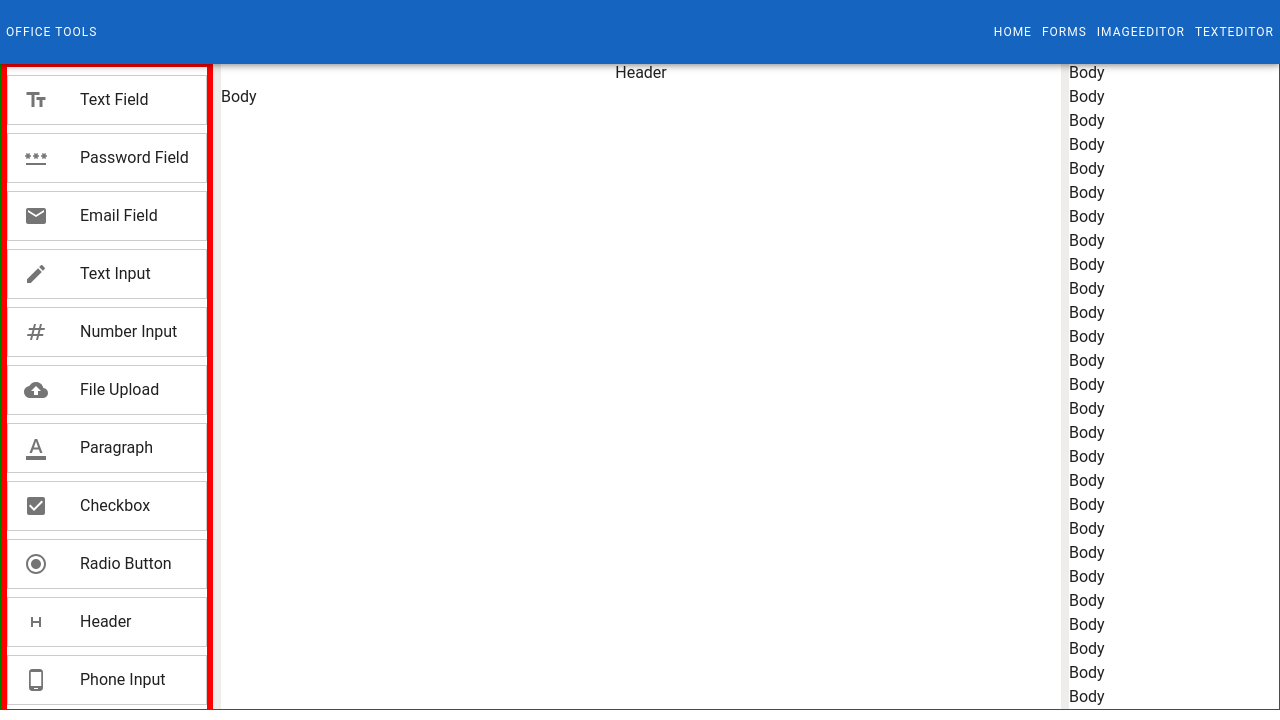
Repository: Vijay-Singh1/office-tools
Page: /form-builder/Create-Form
These files come from the project's save history. The page is drawn as it stood at one moment and after the next save; the edit follows.
The browser window is 1280 px wide. The pictures show the whole page.
The project was rebuilt for these pictures with package versions that can differ from the ones it lists, and the page was loaded fresh each time. Also part of the build but not shown: vite.config.ts, src/FormBuilderApp/src/pages/FormBuilderHome.tsx, src/FormBuilderApp/src/pages/OpenForms.tsx, src/App.css, src/components/common/sidebar/Sidebar.tsx, src/ImageEditor/src/pages/ImageEditorHome.tsx, src/ImageEditor/src/pages/CreateImage.tsx, src/DocsEditor/src/pages/DocsEditorHome.tsx and 1 more.

Above is the page before, as saved 2024-09-22 22:25:03.

After the next save:
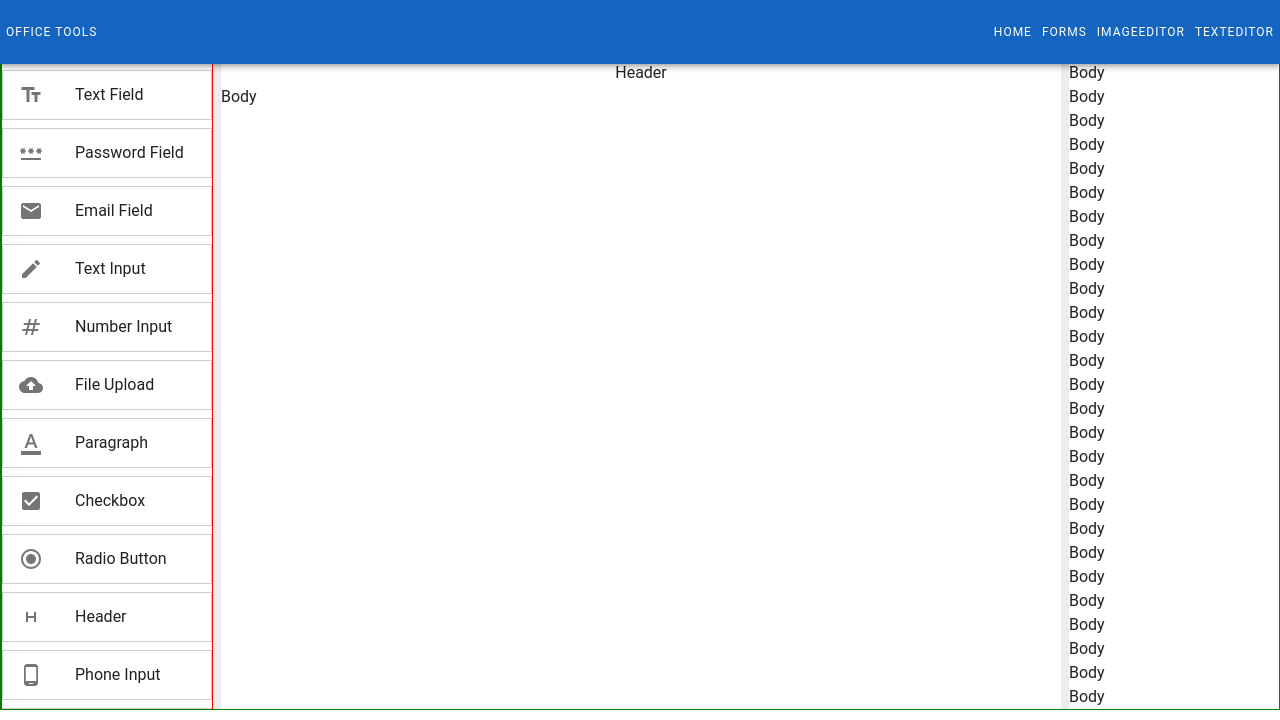
Saved 2 min 45 s later.
--- a/src/FormBuilderApp/src/components/sidebar/Sidebar.tsx
+++ b/src/FormBuilderApp/src/components/sidebar/Sidebar.tsx
@@ -119,7 +119,7 @@ const FormSidebar:React.FC<SidebarItem> = () => {
     }} >
       <List sx={{
 
-      border:"5px solid red",
+      // border:"5px solid red",
 
       // overflowY: "scroll"
       }} >
